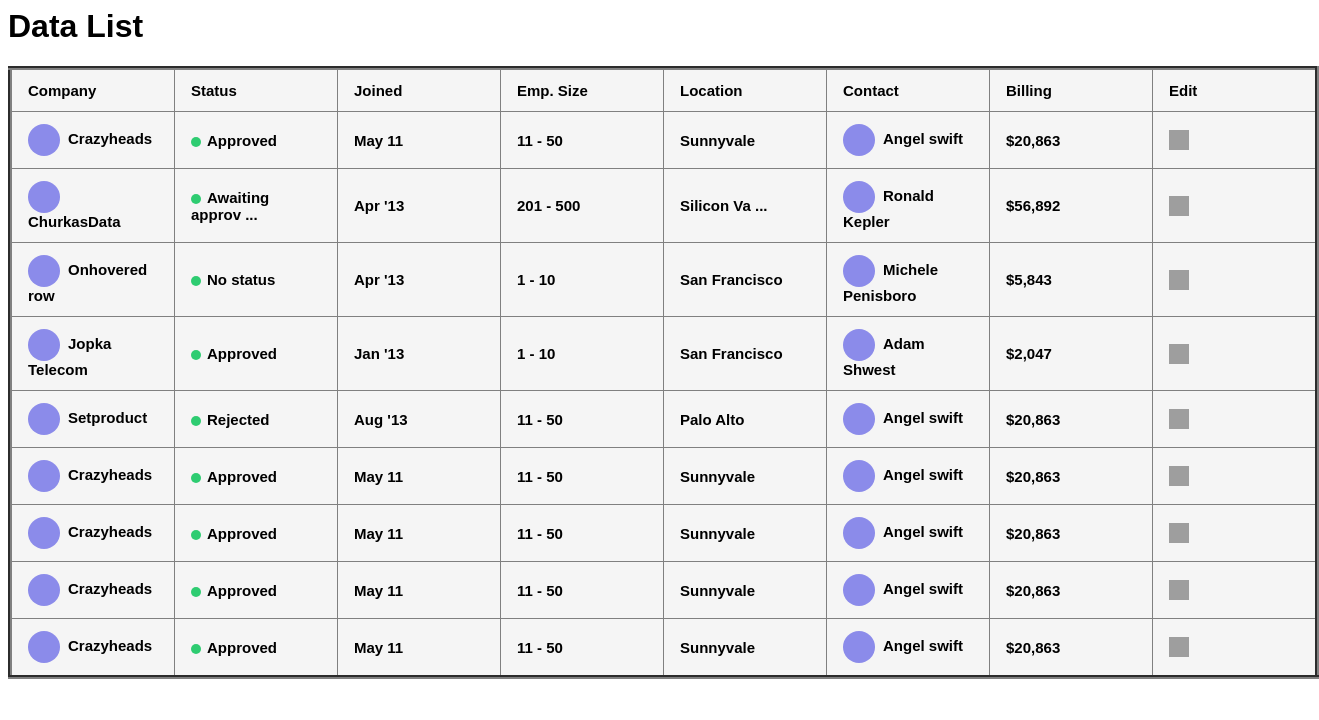
Repository: AdityaTech-Pro/FullStackWithBridgelabz
Page: Assignment2/Data_List/index.html
These files come from the project's save history. The page is drawn as it stood at one moment and after a run of saves; the edit follows.
The browser window is 1280 px wide. The page is 1319 px wide, so the pictures cover 1319 px, including what lies to the right of the window. The pictures show the whole page.
Pictures or frames that could not be fetched are drawn as grey boxes.

Above is the page before, as saved 2025-10-15 10:04:32.

After the next 2 saves:
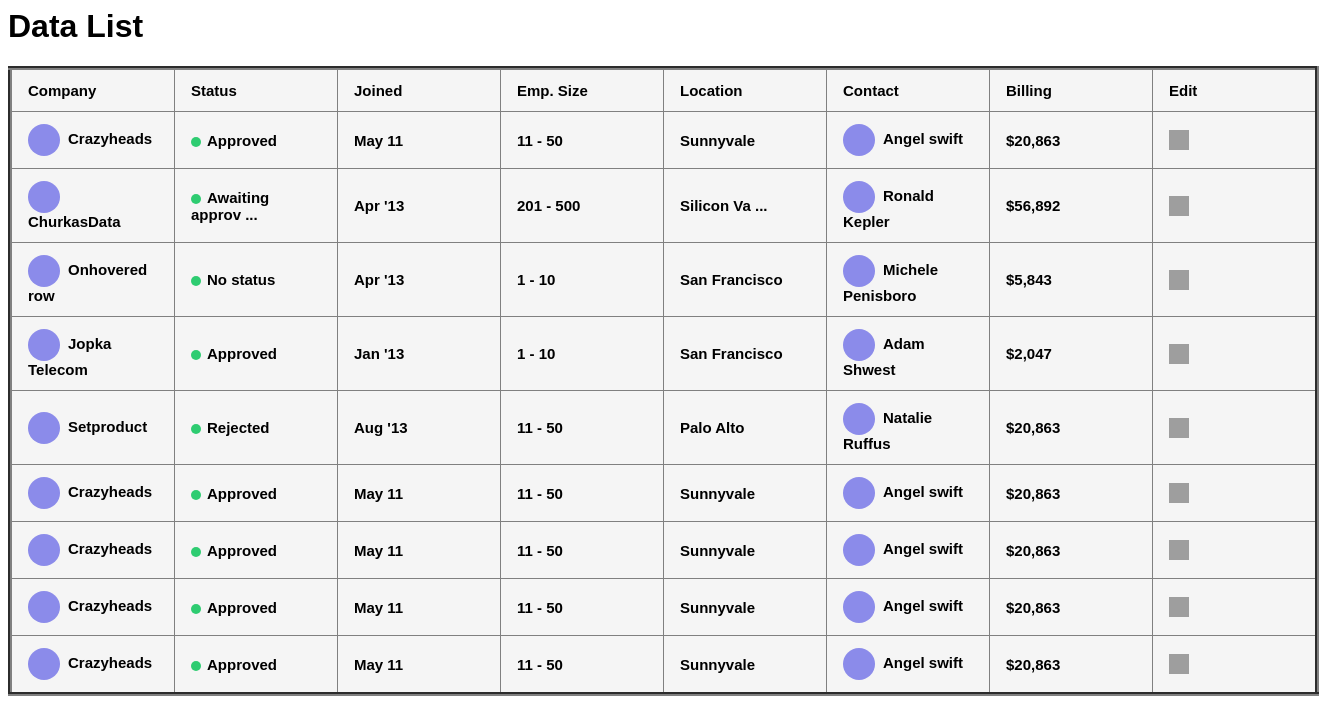
The 2 saves are shown as one change because they came seconds apart.
The last was saved 12 s later.
--- a/Assignment2/Data_List/index.html
+++ b/Assignment2/Data_List/index.html
@@ -146,7 +146,7 @@
             <th>Aug '13</th>
             <th>11 - 50</th>
             <th>Palo Alto</th>
-            <th><span class="avatar" id="avatar-crazyheads" title="Add logo"></span>Angel swift</th>
+            <th><span class="avatar" id="avatar-crazyheads" title="Add logo"></span>Natalie Ruffus</th>
             <th>$20,863</th>
             <th>
                 <img class="icon " src="https://www.svgrepo.com/show/325130/edit-pencil.svg " alt="Edit ">
